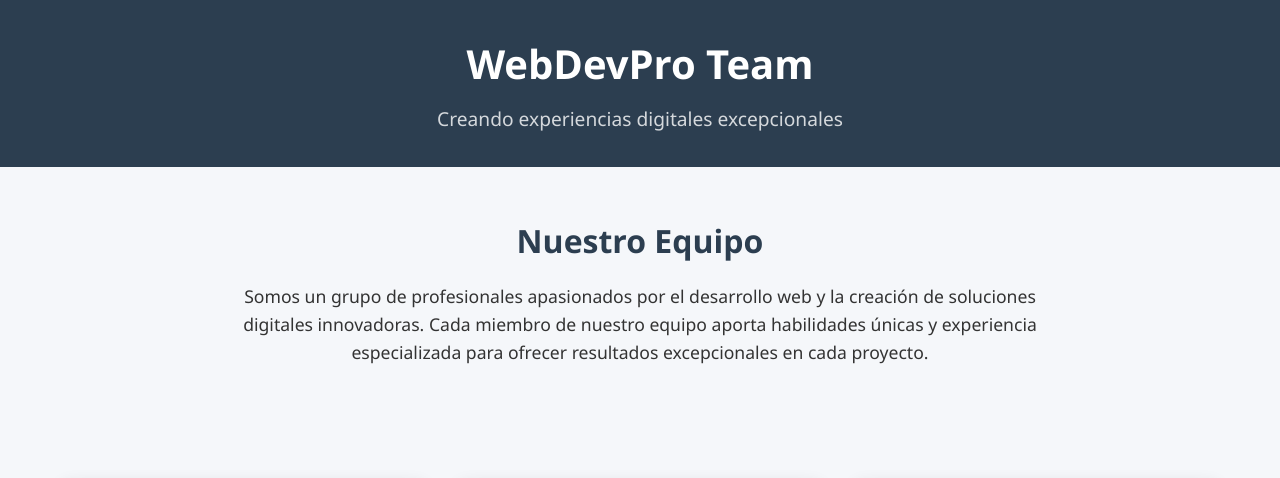
Repository: JaviviDS776/pfi_Collab_Repo
Page: Which_Journal/principal/templates/principal/index.html
The author's editor kept a copy of each file at every save. The page is drawn from the files as they stood at one save, then again after the next save.
The browser window is 1280 px wide. The pictures show the part of the page from y = 0 to 478 px (the page is 1803 px tall).
Pictures or frames that could not be fetched are drawn as grey boxes.

Above is the page before, as saved 2025-03-04 16:44:06.

### Which_Journal/principal/templates/principal/index.html
<!DOCTYPE html>
<html lang="es">

<head>
    <meta charset="UTF-8">
    <meta name="viewport" content="width=device-width, initial-scale=1.0">
    <title>Wjournal</title>
    <style>
        /* Estilos generales */
        * {
            margin: 0;
            padding: 0;
            box-sizing: border-box;
            font-family: 'Segoe UI', Tahoma, Geneva, Verdana, sans-serif;
        }

        body {
            background-color: #f5f7fa;
            color: #333;
            line-height: 1.6;
        }

        .container {
            max-width: 1200px;
            margin: 0 auto;
            padding: 0 20px;
        }

        /* Encabezado */
        header {
            background-color: #2c3e50;
            color: white;
            padding: 2rem 0;
            text-align: center;
        }

        header h1 {
            font-size: 2.5rem;
            margin-bottom: 0.5rem;
        }

        header p {
            font-size: 1.2rem;
            opacity: 0.8;
        }

        /* Sección de introducción */
        .intro {
            text-align: center;
            padding: 3rem 0;
        }

        .intro h2 {
            font-size: 2rem;
            margin-bottom: 1rem;
            color: #2c3e50;
        }

        .intro p {
            max-width: 800px;
            margin: 0 auto;
            font-size: 1.1rem;
        }

        /* Equipo */
        .team {
            padding: 2rem 0 4rem;
        }

        .team-grid {
            display: grid;
            grid-template-columns: repeat(auto-fill, minmax(300px, 1fr));
            gap: 30px;
            margin-top: 2rem;
        }

        .team-member {
            background-color: white;
            border-radius: 10px;
            overflow: hidden;
            box-shadow: 0 5px 15px rgba(0, 0, 0, 0.1);
            transition: transform 0.3s ease, box-shadow 0.3s ease;
        }

        .team-member:hover {
            transform: translateY(-5px);
            box-shadow: 0 10px 25px rgba(0, 0, 0, 0.15);
        }

        .member-image {
            height: 250px;
            overflow: hidden;
        }

        .member-image img {
            width: 100%;
            height: 100%;
            object-fit: cover;
        }

        .member-info {
            padding: 20px;
        }

        .member-name {
            font-size: 1.5rem;
            color: #2c3e50;
            margin-bottom: 5px;
        }

        .member-role {
            color: #3498db;
            font-weight: 600;
            margin-bottom: 15px;
        }

        .member-bio {
            color: #666;
            font-size: 0.95rem;
        }

        .member-social {
            margin-top: 15px;
            display: flex;
            gap: 10px;
        }

        .social-icon {
            display: inline-block;
            width: 36px;
            height: 36px;
            background-color: #f1f1f1;
            border-radius: 50%;
            text-align: center;
            line-height: 36px;
            color: #555;
            text-decoration: none;
            transition: background-color 0.3s ease, color 0.3s ease;
        }

        .social-icon:hover {
            background-color: #3498db;
            color: white;
        }

        /* Pie de página */
        footer {
            background-color: #2c3e50;
            color: white;
            padding: 2rem 0;
            text-align: center;
        }

        .footer-content {
            display: flex;
            flex-direction: column;
            align-items: center;
            gap: 1rem;
        }

        .footer-links {
            display: flex;
            gap: 20px;
        }

        .footer-links a {
            color: white;
            text-decoration: none;
            opacity: 0.8;
            transition: opacity 0.3s ease;
        }

        .footer-links a:hover {
            opacity: 1;
        }

        .copyright {
            margin-top: 1rem;
            opacity: 0.7;
            font-size: 0.9rem;
        }

        /* Responsive */
        @media (max-width: 768px) {
            header h1 {
                font-size: 2rem;
            }

            .intro h2 {
                font-size: 1.8rem;
            }

            .team-grid {
                grid-template-columns: repeat(auto-fill, minmax(250px, 1fr));
            }
        }

        @media (max-width: 480px) {
            header h1 {
                font-size: 1.8rem;
            }

            .intro h2 {
                font-size: 1.5rem;
            }

            .team-grid {
                grid-template-columns: 1fr;
            }
        }
    </style>
</head>

<body>
    <header>
        <div class="container">
            <h1>WebDevPro Team</h1>
            <p>Creando experiencias digitales excepcionales</p>
        </div>
    </header>

    <section class="intro">
        <div class="container">
            <h2>Nuestro Equipo</h2>
            <p>Somos un grupo de profesionales apasionados por el desarrollo web y la creación de soluciones digitales
                innovadoras. Cada miembro de nuestro equipo aporta habilidades únicas y experiencia especializada para
                ofrecer resultados excepcionales en cada proyecto.</p>
        </div>
    </section>

    <section class="team">
        <div class="container">
            <div class="team-grid">
                <!-- Miembro 1 -->
                <div class="team-member">
                    <div class="member-image">
                        <img src="https://images.unsplash.com/photo-1507003211169-0a1dd7228f2d?ixlib=rb-1.2.1&auto=format&fit=crop&w=500&q=80"
                            alt="Carlos Rodríguez">
                    </div>
                    <div class="member-info">
                        <h3 class="member-name">Carlos Rodríguez</h3>
                        <p class="member-role">Director de Tecnología</p>
                        <p class="member-bio">Con más de 10 años de experiencia en desarrollo web, Carlos lidera nuestro
                            equipo técnico y define la arquitectura de nuestros proyectos.</p>
                        <div class="member-social">
                            <a href="#" class="social-icon">in</a>
                            <a href="#" class="social-icon">tw</a>
                            <a href="#" class="social-icon">gh</a>
                        </div>
                    </div>
                </div>

                <!-- Miembro 2 -->
                <div class="team-member">
                    <div class="member-image">
                        <img src="https://images.unsplash.com/photo-1494790108377-be9c29b29330?ixlib=rb-1.2.1&auto=format&fit=crop&w=500&q=80"
                            alt="Ana Martínez">
                    </div>
                    <div class="member-info">
                        <h3 class="member-name">Ana Martínez</h3>
                        <p class="member-role">Diseñadora UX/UI</p>
                        <p class="member-bio">Ana transforma ideas en interfaces intuitivas y atractivas, centrándose en
                            crear experiencias de usuario excepcionales.</p>
                        <div class="member-social">
                            <a href="#" class="social-icon">in</a>
                            <a href="#" class="social-icon">dr</a>
                            <a href="#" class="social-icon">be</a>
                        </div>
                    </div>
                </div>

                <!-- Miembro 3 -->
                <div class="team-member">
                    <div class="member-image">
                        <img src="https://images.unsplash.com/photo-1519085360753-af0119f7cbe7?ixlib=rb-1.2.1&auto=format&fit=crop&w=500&q=80"
                            alt="Miguel Sánchez">
                    </div>
                    <div class="member-info">
                        <h3 class="member-name">Miguel Sánchez</h3>
                        <p class="member-role">Desarrollador Frontend</p>
                        <p class="member-bio">Especialista en React y Vue.js, Miguel convierte diseños en código limpio
                            y eficiente con un enfoque en rendimiento y accesibilidad.</p>
                        <div class="member-social">
                            <a href="#" class="social-icon">in</a>
                            <a href="#" class="social-icon">gh</a>
                            <a href="#" class="social-icon">tw</a>
                        </div>
                    </div>
                </div>

                <!-- Miembro 4 -->
                <div class="team-member">
                    <div class="member-image">
                        <img src="https://images.unsplash.com/photo-1573497019940-1c28c88b4f3e?ixlib=rb-1.2.1&auto=format&fit=crop&w=500&q=80"
                            alt="Laura Gómez">
                    </div>
                    <div class="member-info">
                        <h3 class="member-name">Laura Gómez</h3>
                        <p class="member-role">Desarrolladora Backend</p>
                        <p class="member-bio">Experta en Node.js y bases de datos, Laura construye APIs robustas y
                            sistemas escalables que potencian nuestras aplicaciones.</p>
                        <div class="member-social">
                            <a href="#" class="social-icon">in</a>
                            <a href="#" class="social-icon">gh</a>
                            <a href="#" class="social-icon">tw</a>
                        </div>
                    </div>
                </div>

                <!-- Miembro 5 -->
                <div class="team-member">
                    <div class="member-image">
                        <img src="https://images.unsplash.com/photo-1500648767791-00dcc994a43e?ixlib=rb-1.2.1&auto=format&fit=crop&w=500&q=80"
                            alt="Javier López">
                    </div>
                    <div class="member-info">
                        <h3 class="member-name">Javier López</h3>
                        <p class="member-role">DevOps Engineer</p>
                        <p class="member-bio">Javier gestiona nuestra infraestructura en la nube y automatiza los
                            procesos de despliegue para garantizar aplicaciones estables y seguras.</p>
                        <div class="member-social">
                            <a href="#" class="social-icon">in</a>
                            <a href="#" class="social-icon">gh</a>
                            <a href="#" class="social-icon">tw</a>
                        </div>
                    </div>
                </div>

                <!-- Miembro 6 -->
                <div class="team-member">
                    <div class="member-image">
                        <img src="https://images.unsplash.com/photo-1580489944761-15a19d654956?ixlib=rb-1.2.1&auto=format&fit=crop&w=500&q=80"
                            alt="Elena Torres">
                    </div>
                    <div class="member-info">
                        <h3 class="member-name">Elena Torres</h3>
                        <p class="member-role">Project Manager</p>
                        <p class="member-bio">Elena coordina nuestros proyectos asegurando que se cumplan los plazos y
                            objetivos, manteniendo una comunicación fluida con los clientes.</p>
                        <div class="member-social">
                            <a href="#" class="social-icon">in</a>
                            <a href="#" class="social-icon">tw</a>
                            <a href="#" class="social-icon">fb</a>
                        </div>
                    </div>
                </div>
            </div>
        </div>
    </section>

    <footer>
        <div class="container">
            <div class="footer-content">
                <div class="footer-links">
                    <a href="#">Inicio</a>
                    <a href="#">Servicios</a>
                    <a href="#">Proyectos</a>
                    <a href="#">Contacto</a>
                </div>
                <p>Email: info@webdevpro.com | Teléfono: +34 123 456 789</p>
                <p class="copyright">© 2025 WebDevPro Team. Todos los derechos reservados.</p>
            </div>
        </div>
    </footer>
</body>

</html>

After the next save:
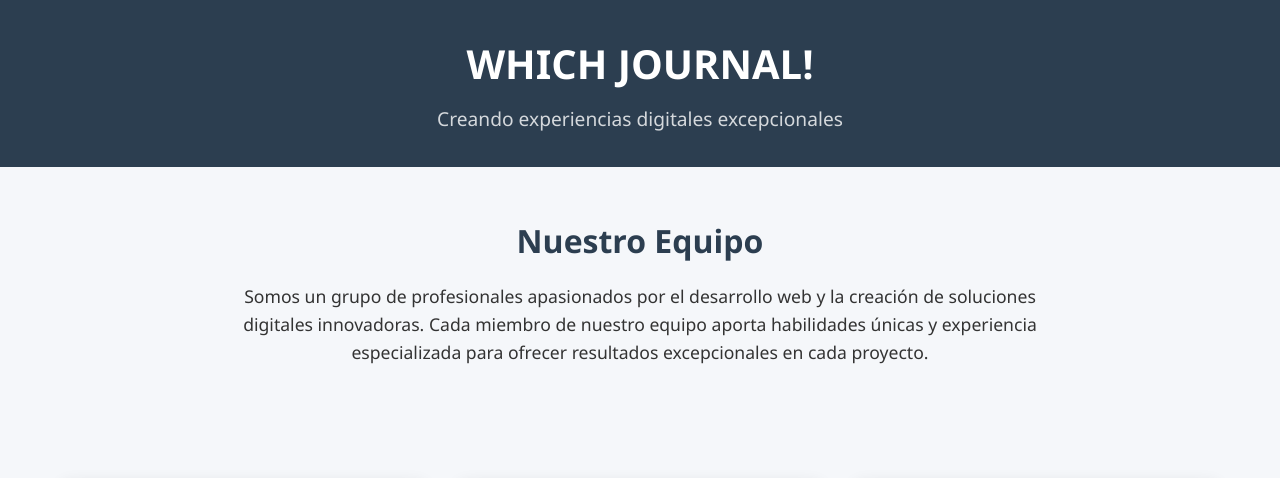
Saved 36 s later.
--- a/Which_Journal/principal/templates/principal/index.html
+++ b/Which_Journal/principal/templates/principal/index.html
@@ -214,7 +214,7 @@
 <body>
     <header>
         <div class="container">
-            <h1>WebDevPro Team</h1>
+            <h1>WHICH JOURNAL!</h1>
             <p>Creando experiencias digitales excepcionales</p>
         </div>
     </header>
